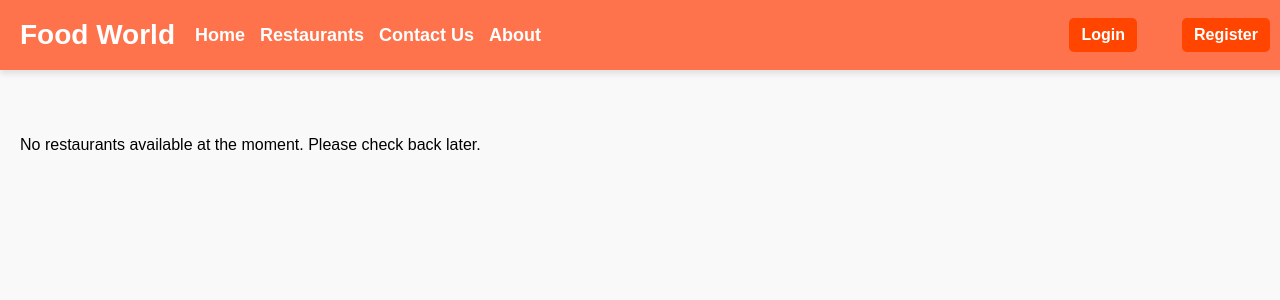
Repository: Sujith-B-S/Food-Application
Page: http://localhost/FoodApplication/home.jsp
The author's editor kept a copy of each file at every save. The page is drawn from the files as they stood at one save, then again after a run of saves.
The browser window is 1280 px wide. The pictures show the whole page.
Some web fonts or font styles are not loaded; a fallback is used. The page is served by Tomcat 9. Other server files are loaded and not shown.

Above is the page before, as saved 2024-11-16 18:56:11.

### FoodApplication/src/main/webapp/home.jsp
<%@ page language="java" contentType="text/html; charset=UTF-8" pageEncoding="UTF-8"%>
<%@ page import="com.sg.restaurantpojo.Restaurant" %>
<%@ page import="java.util.List" %>
<%@ page import="com.sg.userpojo.User" %>
<!DOCTYPE html>
<html lang="en">
<head>
    <meta charset="UTF-8">
    <meta name="viewport" content="width=device-width, initial-scale=1.0">
    <title>Home - Food Application</title>
    <style>
        /* Google Font */
        @import url('https://fonts.googleapis.com/css2?family=Nunito+Sans:wght@400;600;700&display=swap');

        html {
            scroll-behavior: smooth;
        }

        body {
            margin: 0;
            font-family: 'Nunito Sans', sans-serif;
            background-color: #f9f9f9;
        }

        /* Navbar Styling */
        .navbar {
            position: fixed;
            top: 0;
            width: 100%;
            height: 70px;
            background-color: #FF734C;
            display: flex;
            justify-content: space-between;
            align-items: center;
            padding: 0 20px;
            box-shadow: 0 4px 6px rgba(0, 0, 0, 0.1);
            z-index: 1000;
        }

        .navbar-left {
            display: flex;
            align-items: center;
        }

        .app-name {
            font-size: 28px;
            font-weight: 700;
            color: white;
            margin-right: 20px;
        }

        nav {
            display: flex;
            gap: 15px;
        }

        .navbar a {
            color: white;
            text-decoration: none;
            font-size: 18px;
            font-weight: 600;
        }

        .navbar a:hover {
            color: black;
        }

        .user-info {
            display: flex;
            align-items: center;
            gap: 15px;
        }

        .user-info p {
            margin: 0;
            color: white;
            font-size: 18px;
        }

        .user-info a {
            color: #fff;
            padding: 8px 12px;
            border-radius: 5px;
            margin-right:30px;
            background-color: #ff4500;
            font-size: 16px;
            text-decoration: none;
            transition: background-color 0.3s ease;
        }

        .user-info a:hover {
            background-color: #ff3300;
        }

        /* Hamburger Menu */
        .hamburger {
            display: none;
            flex-direction: column;
            gap: 5px;
            cursor: pointer;
        }

        .hamburger div {
            width: 25px;
            height: 3px;
            background-color: white;
        }

        .navbar nav {
            display: flex;
        }

        .navbar nav.active {
            display: flex;
            flex-direction: column;
            background-color: #FF734C;
            position: absolute;
            top: 70px;
            left: 0;
            width: 100%;
            padding: 10px 0;
            z-index: 999;
        }

        .container {
            margin-top: 100px;
            display: grid;
            grid-template-columns: repeat(auto-fit, minmax(250px, 1fr));
            gap: 20px;
            padding: 20px;
        }

        .card {
        	margin:50px;
            border: 1px solid #ddd;
            border-radius: 10px;
            background-color: #fff;
            box-shadow: 0 4px 8px rgba(0, 0, 0, 0.1);
            transition: transform 0.3s ease, box-shadow 0.3s ease;
        }

        .card:hover {
            transform: scale(1.05);
            box-shadow: 0 6px 12px rgba(0, 0, 0, 0.2);
        }

        .card img {
            width: 100%;
            height: 250px;
            object-fit: cover;
            -moz-border-radius: 0px;
			-webkit-border-radius: 3px 3px 0px 0px;
			border-radius: 10px 10px 0px 0px;
        }

        .card-content {
            padding: 15px;
            text-align: center;
        }

        .card-content h3 {
            font-size: 1.5rem;
            color: #1E201E;
            margin: 10px 0;
        }

        .card-content p {
            font-size: 0.9rem;
            color: #666;
            margin: 5px 0;
        }
        a{
        	text-decoration: none;
        }

       /*  .card-content button {
            margin-top: 10px;
            padding: 10px 20px;
            font-size: 16px;
            color: white;
            background-color: #FF734C;
            border: none;
            border-radius: 5px;
            cursor: pointer;
            transition: background-color 0.3s ease;
        } */

       /*  .card-content button:hover {
            background-color: #ff3d00;
        } */

        /* Responsive Adjustments */
        @media (max-width: 790px) {
            .hamburger {

                display: flex;
                width: 10px;
            }

            .navbar nav {
                display: none;
            }

            .navbar nav.active {
                display: flex;
            }

            .app-name {
                font-size: 24px;
            }

            .user-info a {
                font-size: 14px;
            }
        }

        @media (max-width: 450px) {
            .hamburger {
                display: flex;
            }

            .navbar nav {
                display: none;
            }

            .navbar nav.active {
                display: flex;
            }

            .app-name {
                font-size: 20px;
            }

            .user-info a {
                font-size: 7px;
            }
        }
    </style>
    <script>
        document.addEventListener('DOMContentLoaded', () => {
            const hamburger = document.querySelector('.hamburger');
            const nav = document.querySelector('.navbar nav');

            hamburger.addEventListener('click', () => {
                nav.classList.toggle('active');
            });
        });
    </script>
</head>
<body>
    <!-- Navbar -->
    <div class="navbar">
        <div class="navbar-left">
            <div>
            	<p class="app-name">Food World</p>
            </div>
            <div class="hamburger">
                <div></div>
                <div></div>
                <div></div>
            </div>
            <nav>
                <a href="home.jsp">Home</a>
                <a href="restaurants.jsp">Restaurants</a>
                <a href="contact.jsp">Contact Us</a>
                <a href="about.jsp">About</a>
            </nav>
        </div>
        <div class="user-info">
            <%
                User user = (User) session.getAttribute("loggedInUser");
                if (user != null) {
            %>
                <p>Welcome, <%= user.getUsername() %></p>
                <a href="login.jsp">Logout</a>
            <%
                } else {
            %>
                <a href="login.jsp">Login</a>
                <a href="register.jsp">Register</a>
            <%
                }
            %>
        </div>
    </div>

    <!-- Restaurant Cards -->
    <div class="container">
        <%
            List<Restaurant> resList = (List<Restaurant>) session.getAttribute("resList");
            if (resList != null) {
                for (Restaurant res : resList) {
        %>
        <a href="ShowMenu?restaurantId=<%= res.getRestaurantId() %>">
        <div class="card">
            <img src="<%= res.getImage() %>" alt="Restaurant">
            <div class="card-content">
                <h3><%= res.getName() %></h3>
                <p><strong>Cuisine:</strong> <%= res.getCuisineType() %></p>
                <p><strong>Address:</strong> <%= res.getAddress() %></p>
                <p><strong>Ratings:</strong> <%= res.getRatings() %></p>
                <p><strong>Delivery Time:</strong> <%= res.getDeliverTime() %> mins</p>
                <p><strong>Available:</strong> <%= res.getIsActive() ? "Yes" : "No" %></p>



            </div>
        </div>
         </a>
        <%
                }
            } else {
        %>
        <p>No restaurants available at the moment. Please check back later.</p>
        <%
            }
        %>

    </div>

</body>
</html>

After the next 2 saves:
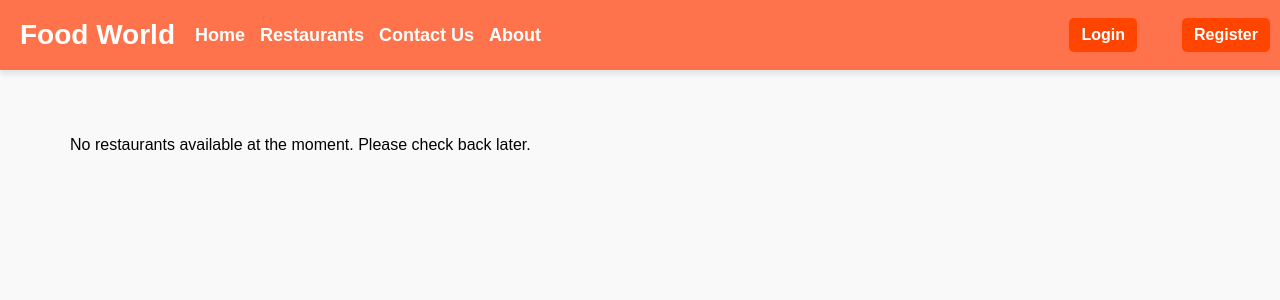
The 2 saves are shown as one change because they came seconds apart.
The last was saved 37 s later.
--- a/FoodApplication/src/main/webapp/home.jsp
+++ b/FoodApplication/src/main/webapp/home.jsp
@@ -123,6 +123,7 @@
         }
 
         .container {
+        	margin:50px;
             margin-top: 100px;
             display: grid;
             grid-template-columns: repeat(auto-fit, minmax(250px, 1fr));
@@ -131,7 +132,6 @@
         }
 
         .card {
-        	margin:50px;
             border: 1px solid #ddd;
             border-radius: 10px;
             background-color: #fff;
